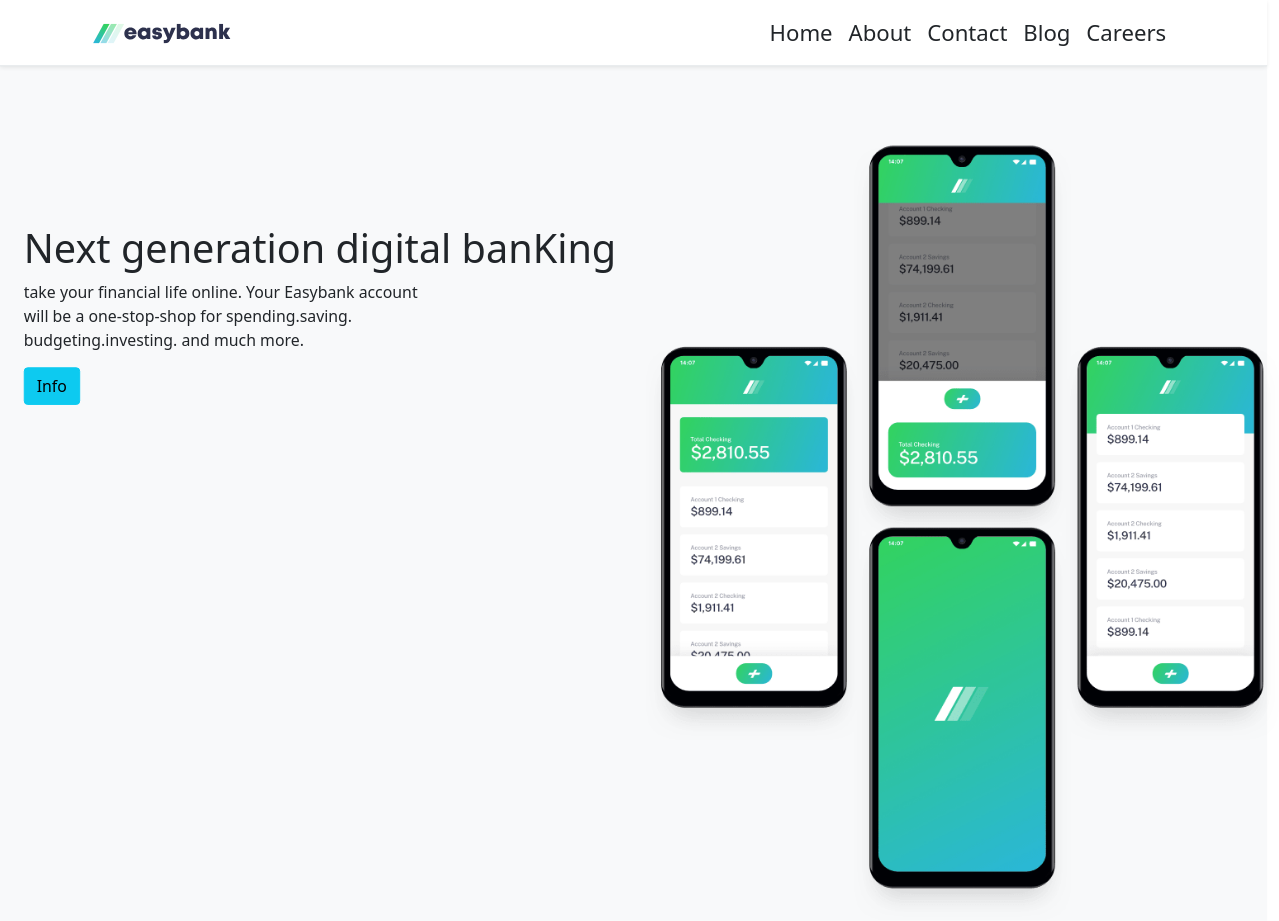
Repository: devbastos/easy-Bank
Page: / (app in frontend/)
The author's editor kept a copy of each file at every save. The page is drawn from the files as they stood at one save, then again after the next save.
The browser window is 1280 px wide. The page is 1292 px wide, so the pictures cover 1292 px, including what lies to the right of the window. The pictures show the whole page, at 99% of full size.
Some web libraries are served in a nearby version. The project was rebuilt for these pictures with package versions that can differ from the ones it lists, and the page was loaded fresh each time.

Above is the page before, as saved 2022-02-03 18:45:41.

### frontend/src/index.html
<!doctype html>
<html lang="en">
<head>
  <meta charset="utf-8">
  <title>Frontend</title>
  <base href="/">
  <meta name="viewport" content="width=device-width, initial-scale=1">
  <link rel="icon" type="image/x-icon" href="favicon.ico">
  <link rel="stylesheet" href="../node_modules/bootstrap/dist/css/bootstrap.css">
  <link rel="stylesheet" href="../node_modules/bootstrap-icons/font/bootstrap-icons.css">
  <!-- CSS only -->
<link href="https://cdn.jsdelivr.net/npm/bootstrap@5.1.3/dist/css/bootstrap.min.css" rel="stylesheet" integrity="sha384-1BmE4kWBq78iYhFldvKuhfTAU6auU8tT94WrHftjDbrCEXSU1oBoqyl2QvZ6jIW3" crossorigin="anonymous">
</head>
<body>
  <app-root></app-root>

  <script src="/node_modules/bootstrap/dist/js/bootstrap.bundle.js" crossorigin="anonymous"></script>
  <!-- JavaScript Bundle with Popper -->
<script src="https://cdn.jsdelivr.net/npm/bootstrap@5.1.3/dist/js/bootstrap.bundle.min.js" integrity="sha384-ka7Sk0Gln4gmtz2MlQnikT1wXgYsOg+OMhuP+IlRH9sENBO0LRn5q+8nbTov4+1p" crossorigin="anonymous"></script>
  <!-- JavaScript Bundle with Popper -->
<script src="https://cdn.jsdelivr.net/npm/bootstrap@5.1.3/dist/js/bootstrap.bundle.min.js" integrity="sha384-ka7Sk0Gln4gmtz2MlQnikT1wXgYsOg+OMhuP+IlRH9sENBO0LRn5q+8nbTov4+1p" crossorigin="anonymous"></script>
</body>
</html>

### frontend/src/app/app.module.ts
import { NgModule } from '@angular/core';
import { BrowserModule } from '@angular/platform-browser';

import { AppRoutingModule } from './app-routing.module';
import { AppComponent } from './app.component';
import { NavbarComponent } from './template/navbar/navbar.component';
import { BrowserAnimationsModule } from '@angular/platform-browser/animations';
import { HeaderComponent } from './template/header/header.component';

@NgModule({
  declarations: [
    AppComponent,
    NavbarComponent,
    HeaderComponent,

  ],
  imports: [
    BrowserModule,
    AppRoutingModule,
    BrowserAnimationsModule
  ],
  providers: [],
  bootstrap: [AppComponent]
})
export class AppModule { }

### frontend/src/app/app.component.ts
import { Component } from '@angular/core';

@Component({
  selector: 'app-root',
  templateUrl:'app.Component.html',
})
export class AppComponent {
  title = 'frontend';
}

### frontend/src/app/app.Component.html
<app-navbar></app-navbar>
<app-header></app-header>

### frontend/src/app/template/navbar/navbar.component.html


    <nav class="navbar navbar-expand-lg navbar-dark  border-bottom shadow-sm">
      <div class="container">
          <a class="navbar-brand" href=""><svg xmlns="http://www.w3.org/2000/svg" width="139" height="20"><defs><linearGradient id="a" x1="72.195%" x2="17.503%" y1="0%" y2="100%"><stop offset="0%" stop-color="#33D35E"/><stop offset="100%" stop-color="#2AB6D9"/></linearGradient></defs><g fill="none" fill-rule="evenodd"><path fill="#2D314D" fill-rule="nonzero" d="M37.754 15.847c2.852 0 5.152-1.622 5.952-4.216h-3.897c-.376.665-1.14 1.066-2.055 1.066-1.237 0-2.065-.674-2.32-1.978h8.44c.051-.352.081-.694.081-1.037 0-3.335-2.537-5.95-6.201-5.95-3.568 0-6.175 2.564-6.175 6.049 0 3.473 2.628 6.066 6.175 6.066zm2.344-7.297h-4.596c.317-1.129 1.11-1.749 2.252-1.749 1.181 0 2 .613 2.344 1.75zm10.946 7.296c1.32 0 2.5-.434 3.43-1.188l.336.804h3.027V4.093h-2.919l-.4.88c-.94-.775-2.135-1.222-3.474-1.222-3.476 0-5.961 2.505-5.961 6.026 0 3.533 2.485 6.07 5.961 6.07zm.524-3.467c-1.467 0-2.545-1.108-2.545-2.593 0-1.475 1.069-2.583 2.545-2.583 1.466 0 2.544 1.108 2.544 2.583 0 1.485-1.078 2.593-2.544 2.593zm13.123 3.467c3.02 0 5.025-1.554 5.025-3.93 0-2.883-2.387-3.256-4.183-3.575-1.08-.193-1.95-.344-1.95-.99 0-.527.422-.838 1.05-.838.71 0 1.197.337 1.197 1.063h3.667c-.044-2.303-1.92-3.843-4.816-3.843-2.912 0-4.854 1.47-4.854 3.75 0 2.757 2.337 3.289 4.1 3.574 1.092.181 1.952.368 1.952 1.024 0 .587-.543.88-1.116.88-.742 0-1.32-.383-1.32-1.214h-3.77c.036 2.463 1.919 4.1 5.018 4.1zm8.1 3.858c2.936 0 4.344-1.257 5.877-4.736l4.764-10.863h-4.206l-2.249 6.263-2.412-6.263H70.31l4.698 10.43c-.53 1.414-.983 1.804-2.48 1.804H71.45v3.365h1.341zm18.504-3.858c3.5 0 5.973-2.515 5.973-6.048S94.796 3.75 91.295 3.75a5.332 5.332 0 00-2.825.784V0H84.6v15.474h2.897l.37-.844c.923.771 2.102 1.216 3.428 1.216zm-.523-3.467c-1.467 0-2.545-1.108-2.545-2.58 0-1.486 1.078-2.594 2.545-2.594 1.466 0 2.544 1.108 2.544 2.593 0 1.473-1.087 2.58-2.544 2.58zm13.598 3.467c1.32 0 2.5-.434 3.43-1.188l.336.804h3.027V4.093h-2.918l-.401.88c-.939-.775-2.135-1.222-3.474-1.222-3.476 0-5.96 2.505-5.96 6.026 0 3.533 2.484 6.07 5.96 6.07zm.524-3.467c-1.467 0-2.545-1.108-2.545-2.593 0-1.475 1.07-2.583 2.545-2.583 1.467 0 2.545 1.108 2.545 2.583 0 1.485-1.078 2.593-2.545 2.593zm12.653 3.095V9.403c0-1.447.702-2.3 1.923-2.3.986 0 1.483.657 1.483 1.98v6.39h3.915V8.543c0-2.897-1.733-4.773-4.373-4.773-1.47 0-2.733.565-3.58 1.508l-.537-1.172h-2.747v11.369h3.916zm13.748 0v-4.808l2.848 4.808h4.616l-3.902-5.95 3.543-5.419h-4.397l-2.708 4.454V0h-3.916v15.474h3.916z"/><g fill="url(#a)"><path d="M10.802 0L0 19.704h5.986L16.789 0z"/><path opacity=".5" d="M18.171 0L7.368 19.704h5.986L24.157 0z"/><path opacity=".15" d="M25.539 0L14.737 19.704h5.986L31.525 0z"/></g></g></svg></a>
          <button class="navbar-toggler" type="button" data-bs-toggle="collapse" data-bs-target=".navbar-collapse">
            <svg xmlns="http://www.w3.org/2000/svg" width="30" height="30" fill="currentColor" class="bi bi-list" viewBox="0 0 16 16">
              <path fill-rule="evenodd" d="M2.5 12a.5.5 0 0 1 .5-.5h10a.5.5 0 0 1 0 1H3a.5.5 0 0 1-.5-.5zm0-4a.5.5 0 0 1 .5-.5h10a.5.5 0 0 1 0 1H3a.5.5 0 0 1-.5-.5zm0-4a.5.5 0 0 1 .5-.5h10a.5.5 0 0 1 0 1H3a.5.5 0 0 1-.5-.5z"/>
            </svg>
          </button>
          <div class="navbar-collapse collapse">
              <ul class="navbar-nav flex-grow-1 ">

              </ul>

              <div class="align-self-center">
                  <ul class="navbar-nav">
                    <li class="nav-item">
                      <a class="nav-link text-dark text-dark" aria-current="page" href="#">Home</a>
                    </li>
                    <li class="nav-item">
                      <a class="nav-link text-dark" href="#">About</a>
                    </li>
                    <li class="nav-item">
                      <a class="nav-link text-dark" href="#">Contact</a>
                    </li>
                    <li class="nav-item">
                      <a class="nav-link text-dark">Blog</a>
                    </li>
                    <li class="nav-item">
                        <a class="nav-link text-dark">Careers</a>
                      </li>
                  </ul>
              </div>

              <!-- <div class="align-self-end">
                <ul class="navbar-nav">
                  <li class="nav-item" id="btn">
                      <a class="nav-link" href="">Request Invite</a>
                  </li>
              </ul>
              </div> -->
          </div>
      </div>
  </nav>

### frontend/src/app/template/navbar/navbar.component.css
.navbar-toggler {
  color: black;
  margin-right: 1.5rem;
}

.nav-link {
  font-size: 1.4rem;
}

.nav-item :hover {
  text-decoration: overline 3px #31d35c9c;
  transform: scale(1, 1);
  transition: 0.3s ease;
}
/*
#btn {
  background: 50% rgb(45, 49, 77);
  background: 50%
    linear-gradient(
      90deg,
      rgba(45, 49, 77, 0.719) 24%,
      #31d35c9c 51%,
      rgba(43, 183, 218, 0.664) 100%
    );
  color: #fff;
  border-radius: 10rem;
  margin-left: 5rem;
} */

### frontend/src/app/template/header/header.component.html
<div class="container-fluid bg-light">
    <div class="row">
        <div class="col-6 textos">
            <h1>Next generation digital banKing</h1>

            <p>take your financial life online. Your Easybank account <br>
                will be a one-stop-shop for spending.saving.<br>
                budgeting.investing. and much more.
            </p>

            <button type="button" class="btn btn-info">Info</button>
        </div>

        <div class="col-6">
            <img src="/assets/images/image-mockups.png" alt="">
        </div>
    </div>
</div>

### frontend/src/app/template/header/header.component.css
img {
  max-width: 40rem;
  margin-top: 5rem;
}

.textos {
  margin-top: 10rem;
}

Loaded but not shown: frontend/src/main.ts (common file); frontend/src/environments/environment.ts (common file); frontend/src/app/app-routing.module.ts (common file); frontend/src/app/template/navbar/navbar.component.ts (common file); frontend/src/app/template/header/header.component.ts (common file)

After the next save:
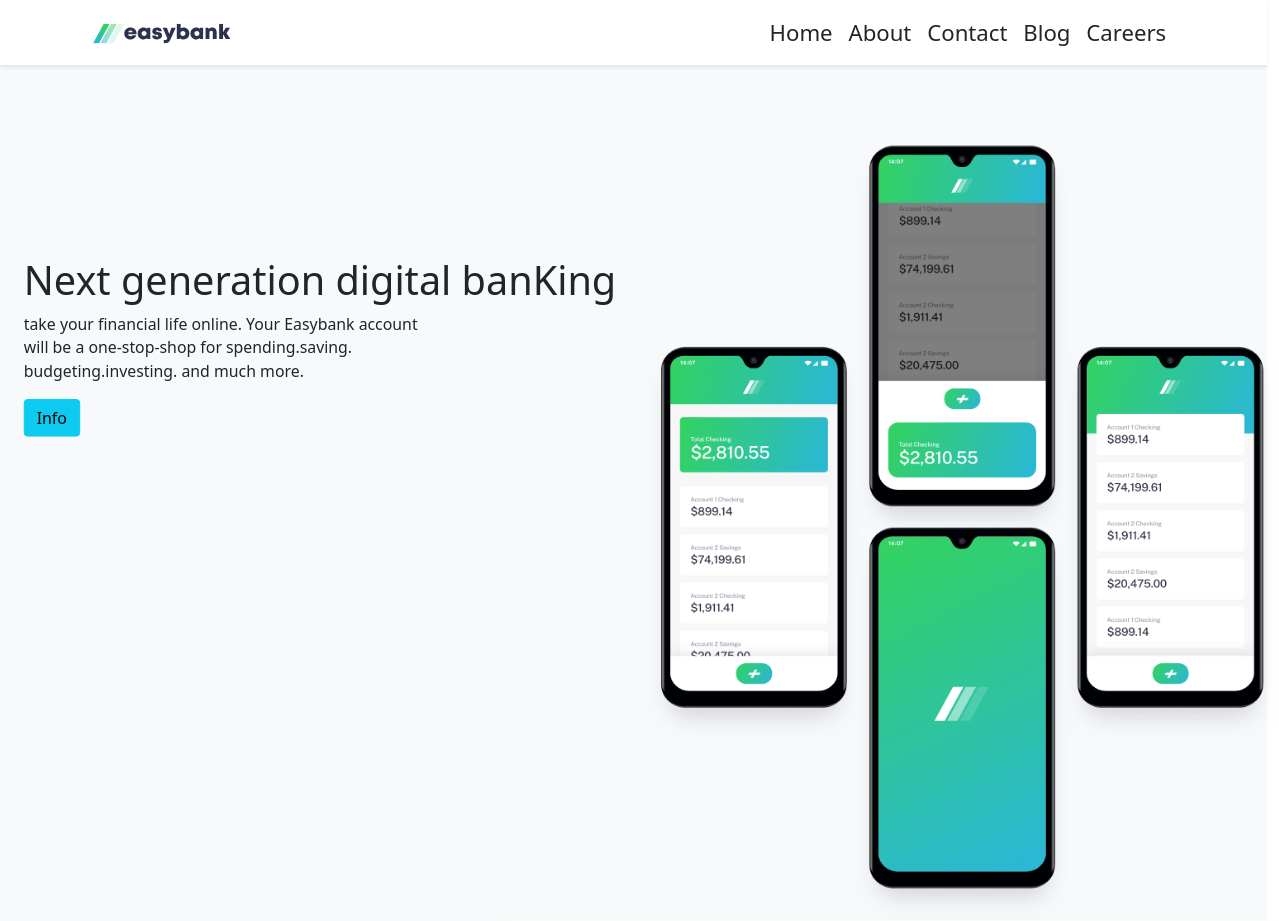
Saved 4 s later.
--- a/frontend/src/app/template/header/header.component.css
+++ b/frontend/src/app/template/header/header.component.css
@@ -4,5 +4,5 @@
 }
 
 .textos {
-  margin-top: 10rem;
+  margin-top: 12rem;
 }
